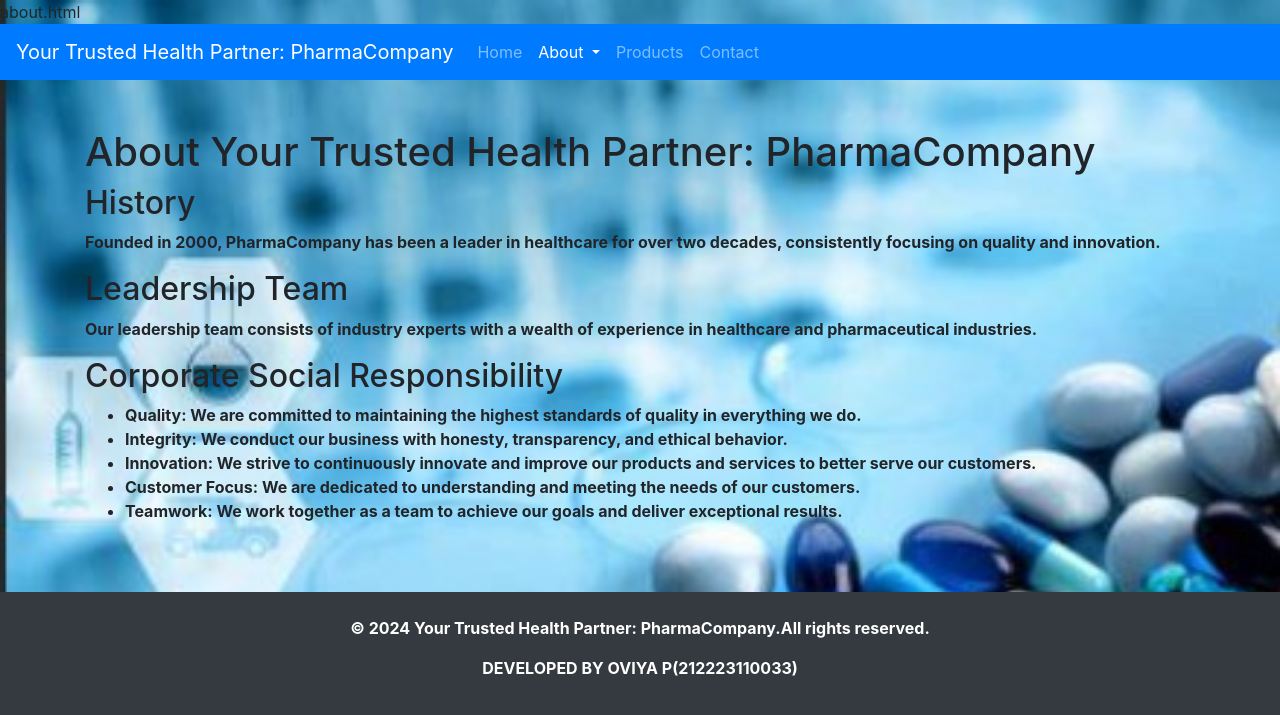
Repository: Oviya24032K6/Pharma
Page: oviya/pharmapp/static/about.html
The author's editor kept a copy of each file at every save. The page is drawn from the files as they stood at one save, then again after a run of saves.
The browser window is 1280 px wide. The pictures show the whole page.

Above is the page before, as saved 2024-05-07 08:33:45.

### oviya/pharmapp/static/about.html
about.html

<!DOCTYPE html>
<html lang="en">
<head>
  <meta charset="UTF-8">
  <meta name="viewport" content="width=device-width, initial-scale=1.0">
  <title> Your Trusted Health Partner: PharmaCompany</title>
  <!-- Bootstrap CSS -->
  <link href="https://stackpath.bootstrapcdn.com/bootstrap/4.5.2/css/bootstrap.min.css" rel="stylesheet">
  <!-- Custom CSS -->
  <style>
    body {
      background-image: url("hehe.jpg");
      background-size: cover;
      background-repeat: no-repeat;
    }
    footer{
    position: fixed;
      left: 0;
      bottom: 0;
      width: 100%;
      background-color: #030508;
      color: white;
      text-align: center;
      padding: 10px 0;
    }
  </style>
</head>
<body>

  <!-- Navbar -->
  <nav class="navbar navbar-expand-lg navbar-dark bg-primary">
    <a class="navbar-brand" href="#"> Your Trusted Health Partner: PharmaCompany</a>
    <button class="navbar-toggler" type="button" data-toggle="collapse" data-target="#navbarSupportedContent" aria-controls="navbarSupportedContent" aria-expanded="false" aria-label="Toggle navigation">
      <span class="navbar-toggler-icon"></span>
    </button>

    <div class="collapse navbar-collapse" id="navbarSupportedContent">
      <ul class="navbar-nav mr-auto">
        <li class="nav-item">
          <a class="nav-link" href="web.html">Home</a>
        </li>
        <li class="nav-item dropdown active">
          <a class="nav-link dropdown-toggle" href="about.html" id="navbarDropdownAbout" role="button" data-toggle="dropdown" aria-haspopup="true" aria-expanded="false">
            About
          </a>
          <div class="dropdown-menu" aria-labelledby="navbarDropdownAbout">
            <a class="dropdown-item" href="#vision">Vision</a>
            <a class="dropdown-item" href="#mission">Mission</a>
            <a class="dropdown-item" href="#values">Values</a>
            <!-- Add more subheadings as needed -->
          </div>
        </li>
        <li class="nav-item">
          <a class="nav-link" href="product.html">Products</a>
        </li>
        <li class="nav-item">
          <a class="nav-link" href="#">Contact</a>
        </li>
      </ul>
    </div>
  </nav>

  <!-- Page Content -->
  <b>
  <div class="container mt-5">
    <div class="row">
      <div class="col-md-12">
        <h1>About  Your Trusted Health Partner: PharmaCompany</h1>
      <i>  <div id="HISTORY"> </i>
          <h2>History</h2>
          <p>Founded in 2000, PharmaCompany has been a leader in healthcare for over two decades, consistently focusing on quality and innovation.</p>
        </div>
        <div id="LEADERSHIP">
          <h2>Leadership Team</h2>
          <p>Our leadership team consists of industry experts with a wealth of experience in healthcare and pharmaceutical industries.</p>
        </div>
        <div id="CSR">
          <h2>Corporate Social Responsibility</h2>
          <ul>
            <li>Quality: We are committed to maintaining the highest standards of quality in everything we do.</li>
            <li>Integrity: We conduct our business with honesty, transparency, and ethical behavior.</li>
            <li>Innovation: We strive to continuously innovate and improve our products and services to better serve our customers.</li>
            <li>Customer Focus: We are dedicated to understanding and meeting the needs of our customers.</li>
            <li>Teamwork: We work together as a team to achieve our goals and deliver exceptional results.</li>
          </ul>
        </div>
        <!-- Add more subheadings as needed -->
      </div>
    </div>
  </div>

  <!-- Footer -->
  <footer class="bg-dark text-white text-center py-4 mt-5">
    <p>&copy; 2024  Your Trusted Health Partner: PharmaCompany.All rights reserved.</p>
    <p>DEVELOPED BY OVIYA P(212223110033)</p>
  </footer>
</b>
  <!-- Bootstrap JS -->
  <script src="https://code.jquery.com/jquery-3.5.1.slim.min.js"></script>
  <script src="https://cdn.jsdelivr.net/npm/popper.js@1.16.1/dist/umd/popper.min.js"></script>
  <script src="https://stackpath.bootstrapcdn.com/bootstrap/4.5.2/js/bootstrap.min.js"></script>
</body>
</html>

After the next 4 saves:
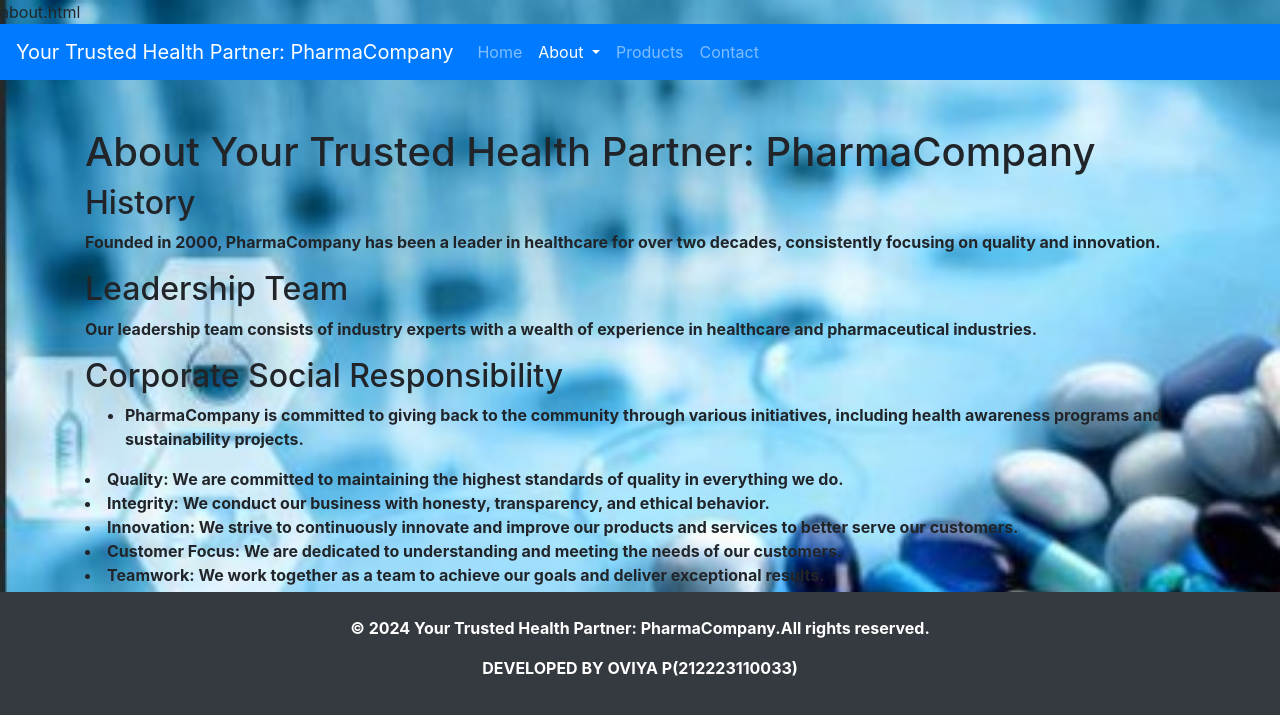
The 4 saves are shown as one change because they came seconds apart.
The last was saved 36 s later.
--- a/oviya/pharmapp/static/about.html
+++ b/oviya/pharmapp/static/about.html
@@ -79,6 +79,8 @@ about.html
         <div id="CSR">
           <h2>Corporate Social Responsibility</h2>
           <ul>
+            <li> PharmaCompany is committed to giving back to the community through various initiatives, including health awareness programs and sustainability projects.</p>
+            </div></li>
             <li>Quality: We are committed to maintaining the highest standards of quality in everything we do.</li>
             <li>Integrity: We conduct our business with honesty, transparency, and ethical behavior.</li>
             <li>Innovation: We strive to continuously innovate and improve our products and services to better serve our customers.</li>
